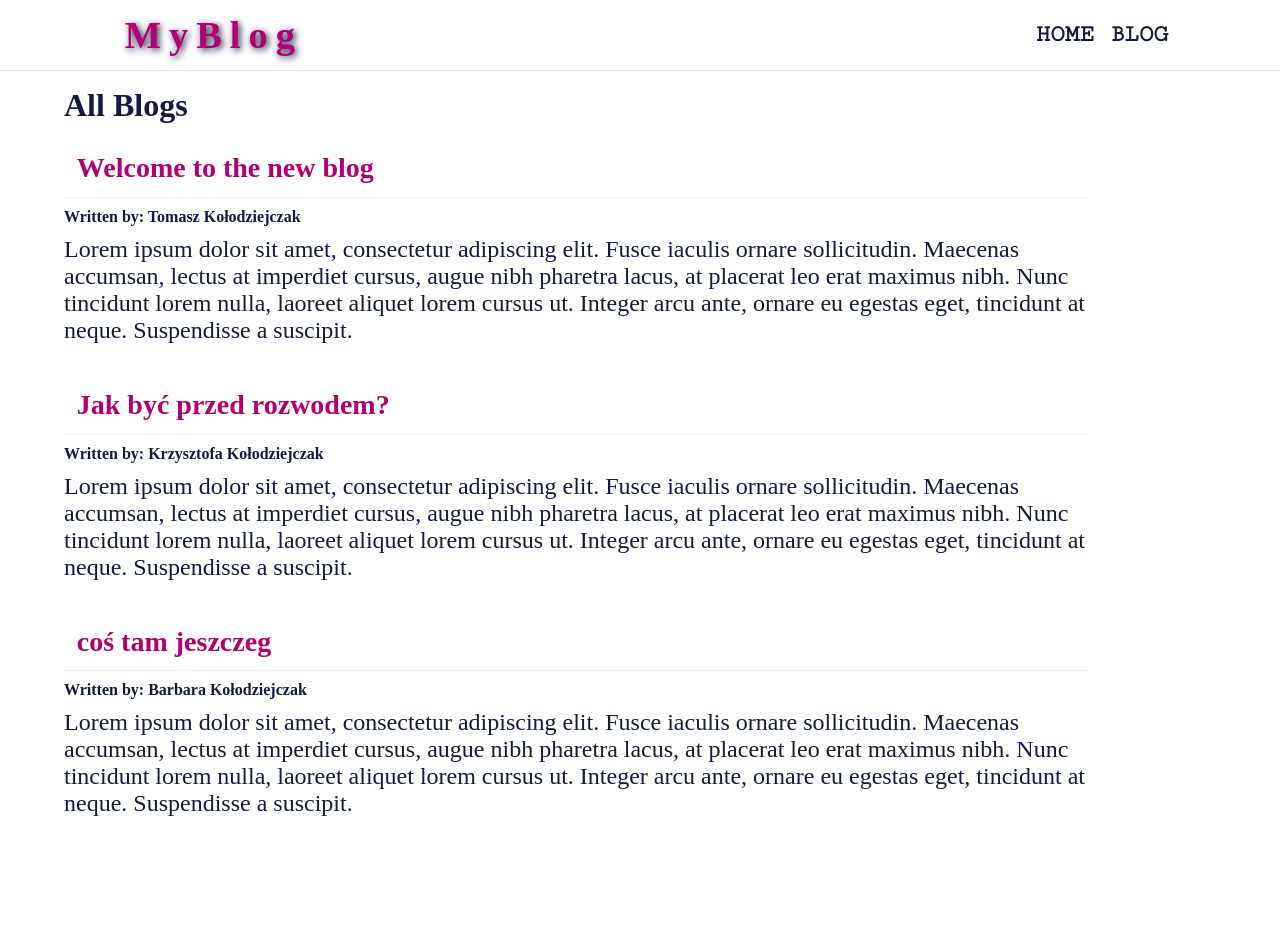
Repository: KrzysKolo/myBlog
Page: /
The author's editor kept a copy of each file at every save. The page is drawn from the files as they stood at one save, then again after the next save.
The browser window is 1280 px wide. The pictures show the whole page.
Some web fonts or font styles are not loaded; a fallback is used. The project was rebuilt for these pictures with package versions that can differ from the ones it lists, and the page was loaded fresh each time. Requests to the local data server were answered from the project's data file. Also part of the build but not shown: src/pages/Blog/Blog.css, src/pages/Blog/Blog.js, src/pages/BlogNote/BlogNote.css, src/pages/BlogNote/BlogNote.js.

Above is the page before, as saved 2021-04-27 10:55:02.

After the next save:
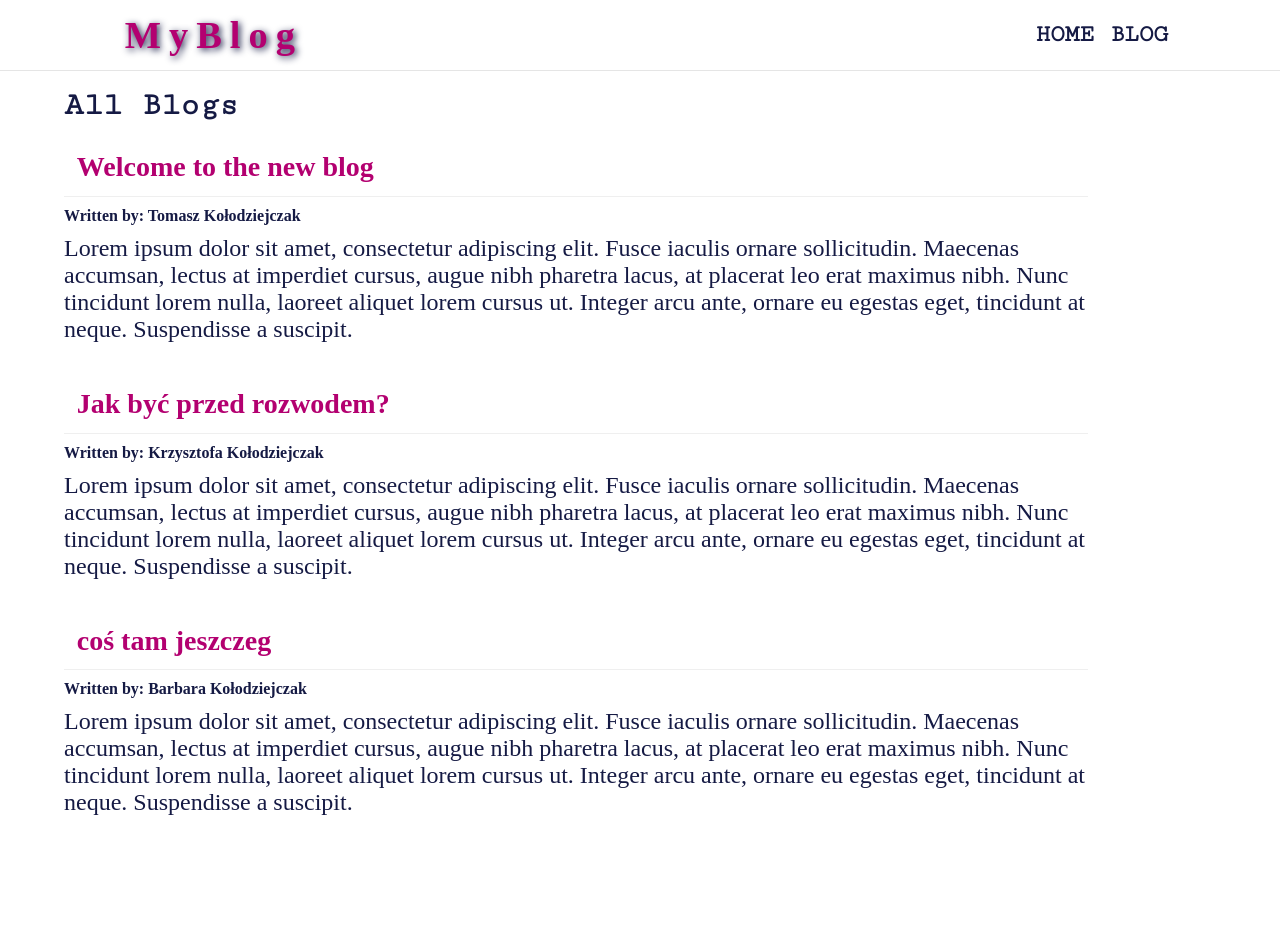
Saved 39 s later.
--- a/src/components/BlogList/BlogList.css
+++ b/src/components/BlogList/BlogList.css
@@ -23,4 +23,5 @@
   margin: 1rem auto;
   font-size: 2rem;
   color: #151a44;
+  font-family: "Cutive Mono", monospace;
 }
